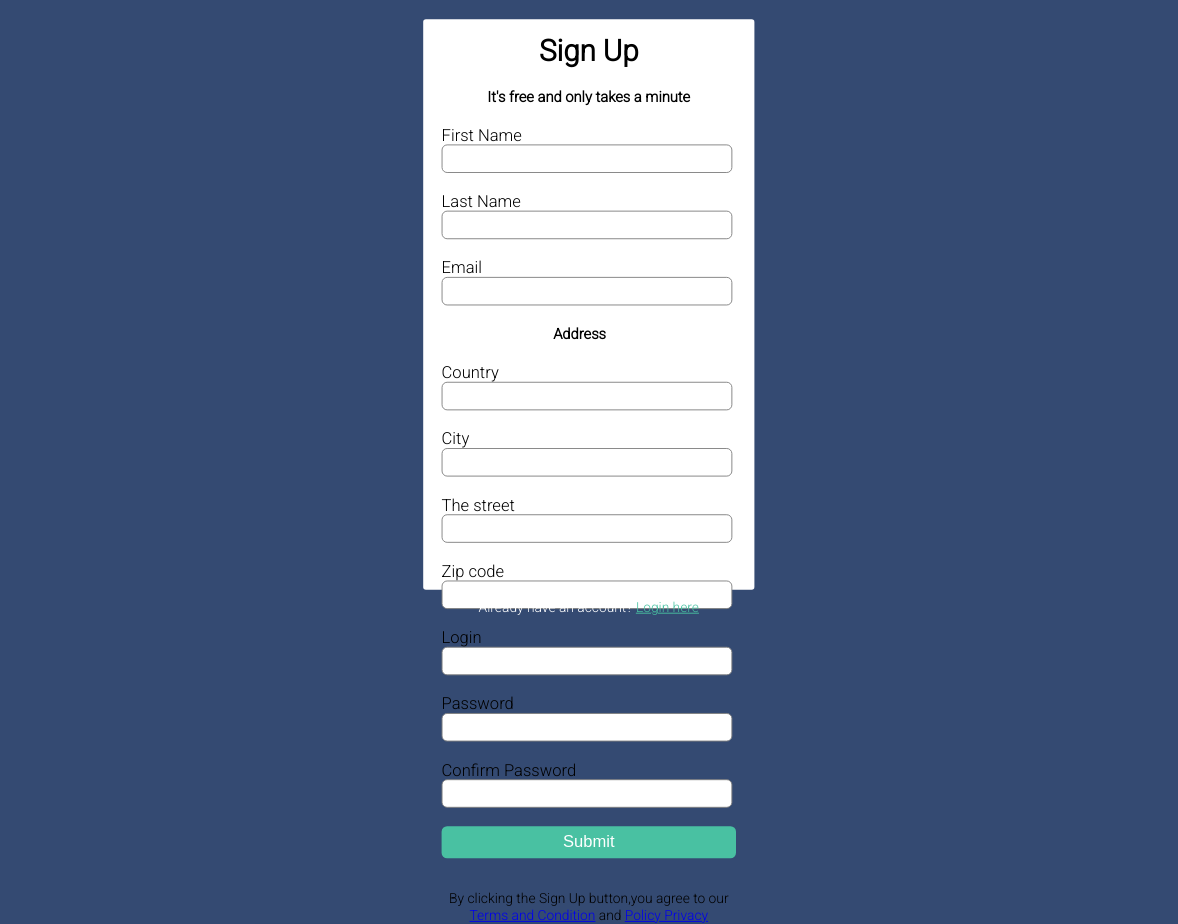
Repository: alexkatkof/web-market
Page: http://localhost/web-market/WEB-INF/views/test.jsp
The author's editor kept a copy of each file at every save. The page is drawn from the files as they stood at one save, then again after the next save.
The browser window is 1280 px wide. The pictures show the whole page, at 92% of full size.
The page is served by Tomcat 9. Nobody is signed in. The template is opened directly, without the code that normally fills it, so the values that code supplies are empty.

Above is the page before, as saved 2023-03-10 16:28:51.

After the next save:
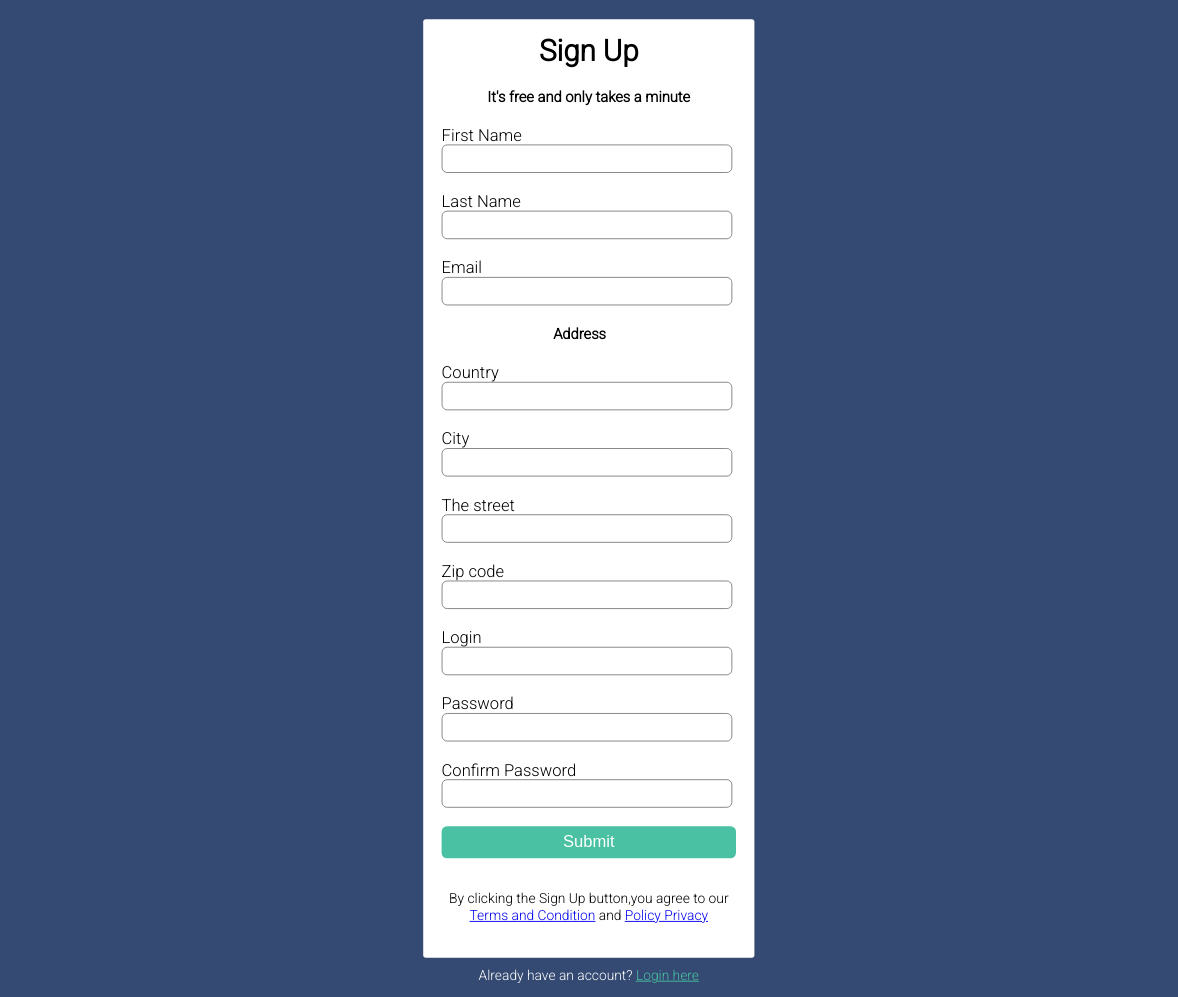
Saved 2 min 6 s later.
--- a/web-market/src/main/webapp/WEB-INF/views/test.jsp
+++ b/web-market/src/main/webapp/WEB-INF/views/test.jsp
@@ -14,7 +14,7 @@
 
 .signup-box {
   width: 360px;
-  height: 620px;
+  height: 1020px;
   margin: auto;
   background-color: white;
   border-radius: 3px;
